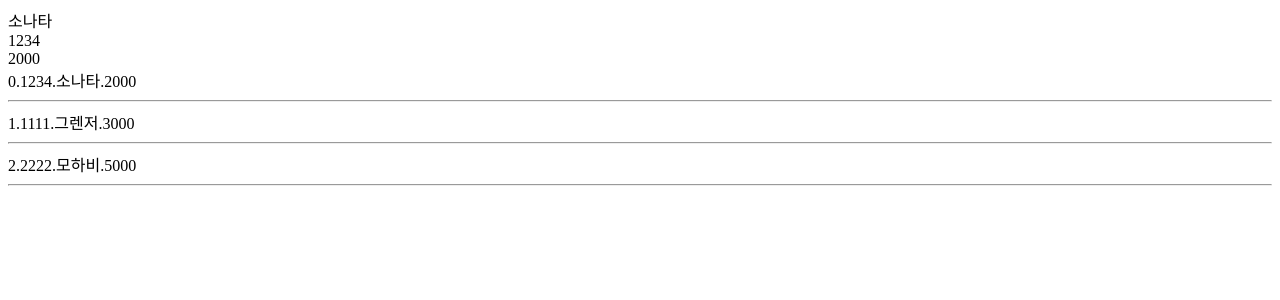
Repository: hwimi/2024-04-12
Page: http://localhost/jstl_study/step-8.jsp
These files come from the project's save history. The page is drawn as it stood at one moment and after the next save; the edit follows.
The browser window is 1280 px wide. The pictures show the whole page.
The page is served by Tomcat 9.

Above is the page before, as saved 2024-04-11 06:13:13.

After the next save:
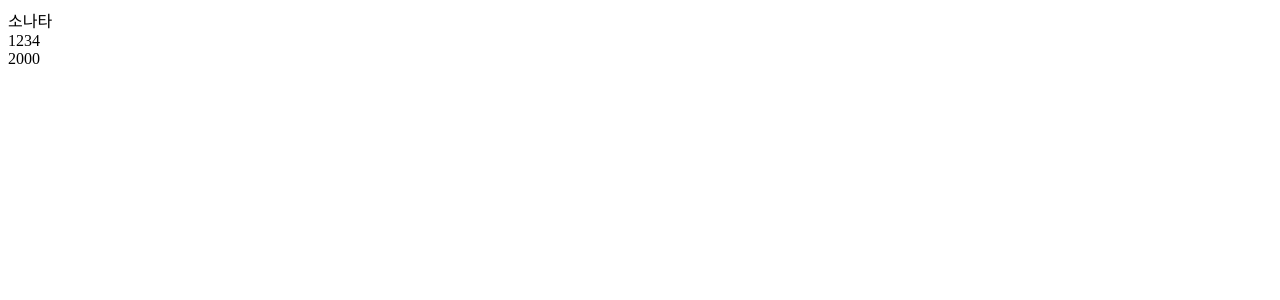
Saved 16 s later.
--- a/jstl_study/src/main/webapp/step-8.jsp
+++ b/jstl_study/src/main/webapp/step-8.jsp
@@ -26,7 +26,7 @@
 	list.add(car);
 	list.add(new carVO("1111","그렌저",3000));
 	list.add(new carVO("2222","모하비",5000));
-	request.setAttribute("list", list);
+	/* request.setAttribute("list", list); */
 
 	%>
 

After the 6 saves that followed:
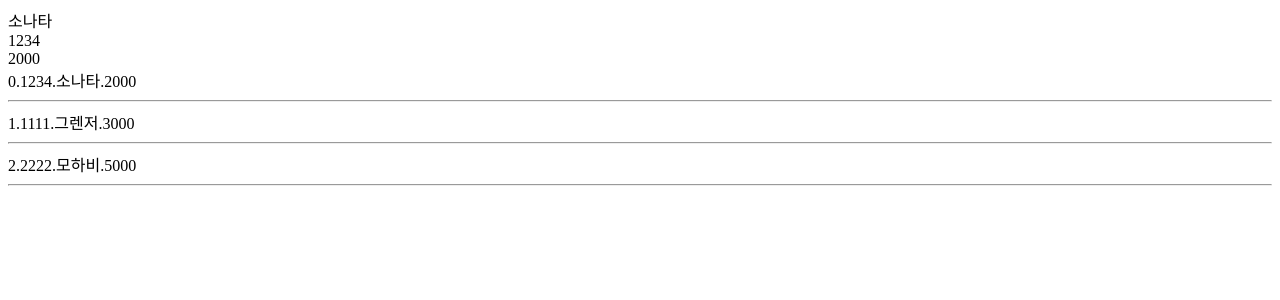
The 6 saves are shown as one change because they came seconds apart.
The last was saved 22 s later.
--- a/jstl_study/src/main/webapp/step-8.jsp
+++ b/jstl_study/src/main/webapp/step-8.jsp
@@ -27,6 +27,7 @@
 	list.add(new carVO("1111","그렌저",3000));
 	list.add(new carVO("2222","모하비",5000));
 	/* request.setAttribute("list", list); */
+	session.setAttribute("list", list);
 
 	%>
 
